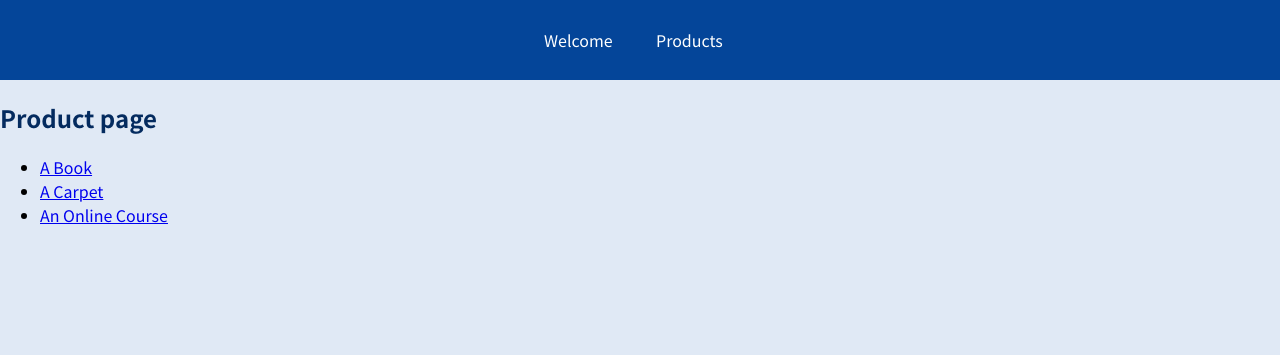
Repository: wenxi0504/13-ReactRouter
Page: /products
The author's editor kept a copy of each file at every save. The page is drawn from the files as they stood at one save, then again after the next save.
The browser window is 1280 px wide. The pictures show the whole page.
The project was rebuilt for these pictures with package versions that can differ from the ones it lists, and the page was loaded fresh each time. Also part of the build but not shown: src/pages/Welcome.js, src/pages/ProductDetails.js.

Above is the page before, as saved 2022-07-24 23:22:54.

### src/App.js
import { Route, Switch } from "react-router-dom";
import Welcome from "./pages/Welcome";
import Products from "./pages/Products";
import MainHeader from "./components/MainHeader";
import ProductDetail from "./pages/ProductDetails";

function App() {
  return (
    <div>
      <MainHeader />
      <Route path="/welcome">
        <Welcome />
      </Route>
      <Route path="/products">
        <Products />
      </Route>
      <Route path="/products/:productId">
        <ProductDetail />
      </Route>
    </div>
  );
}

export default App;

### src/pages/Products.js
import { Link } from "react-router-dom";

const Products = () => {
  return (
    <section>
      <h1>Product page</h1>
      <ul>
        <li>
          <Link to="/product/p1">A Book</Link>
        </li>
        <li>
          <Link to="/product/p2">A Carpet</Link>
        </li>
        <li>
          <Link to="/product/p3">An Online Course</Link>
        </li>
      </ul>
    </section>
  );
};

export default Products;

### src/components/MainHeader.js
import { Link, NavLink } from "react-router-dom";
import classes from "./MainHeader.module.css";
const MainHeader = () => {
  return (
    <header className={classes.header}>
      <nav>
        <ul>
          <li>
            {/* <Link href="/welcome">Welcome</Link> */}
            <NavLink activeClassName={classes.active} to="/welcome">
              Welcome
            </NavLink>
          </li>
          <li>
            <NavLink to="/products">Products</NavLink>
          </li>
        </ul>
      </nav>
    </header>
  );
};

export default MainHeader;

### src/components/MainHeader.module.css
.header {
    width: 100%;
    height: 5rem;
    background-color: #044599;
    padding: 0 10%;
}

.header nav {
    height: 100%;
}

.header ul {
    height: 100%;
    list-style: none;
    display: flex;
    padding: 0;
    margin: 0;
    align-items: center;
    justify-content: center;
}

.header li {
    margin: 0 1rem;
    width: 5rem;
}

.header a {
    color: white;
    text-decoration: none;
}

.header a:hover,
.header a:active,
.header a.active {
    color: #95bcf0;
    padding-bottom: 0.25rem;
    border-bottom: 4px solid #95bcf0;
}

Loaded but not shown: public/index.html (common file); src/index.js (common file); src/index.css (common file)

After the next save:
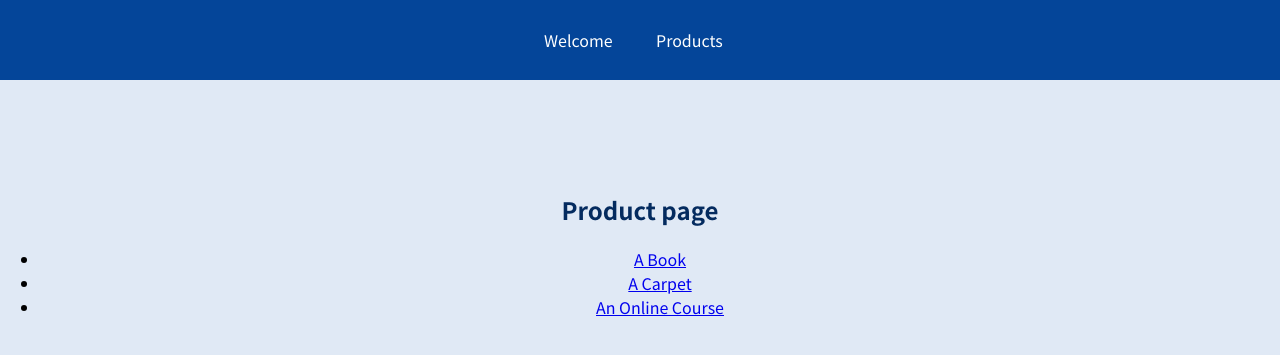
Saved 52 s later.
--- a/src/App.js
+++ b/src/App.js
@@ -8,15 +8,19 @@ function App() {
   return (
     <div>
       <MainHeader />
-      <Route path="/welcome">
-        <Welcome />
-      </Route>
-      <Route path="/products">
-        <Products />
-      </Route>
-      <Route path="/products/:productId">
-        <ProductDetail />
-      </Route>
+      <main>
+        <Switch>
+          <Route path="/welcome">
+            <Welcome />
+          </Route>
+          <Route path="/products">
+            <Products />
+          </Route>
+          <Route path="/products/:productId">
+            <ProductDetail />
+          </Route>
+        </Switch>
+      </main>
     </div>
   );
 }
